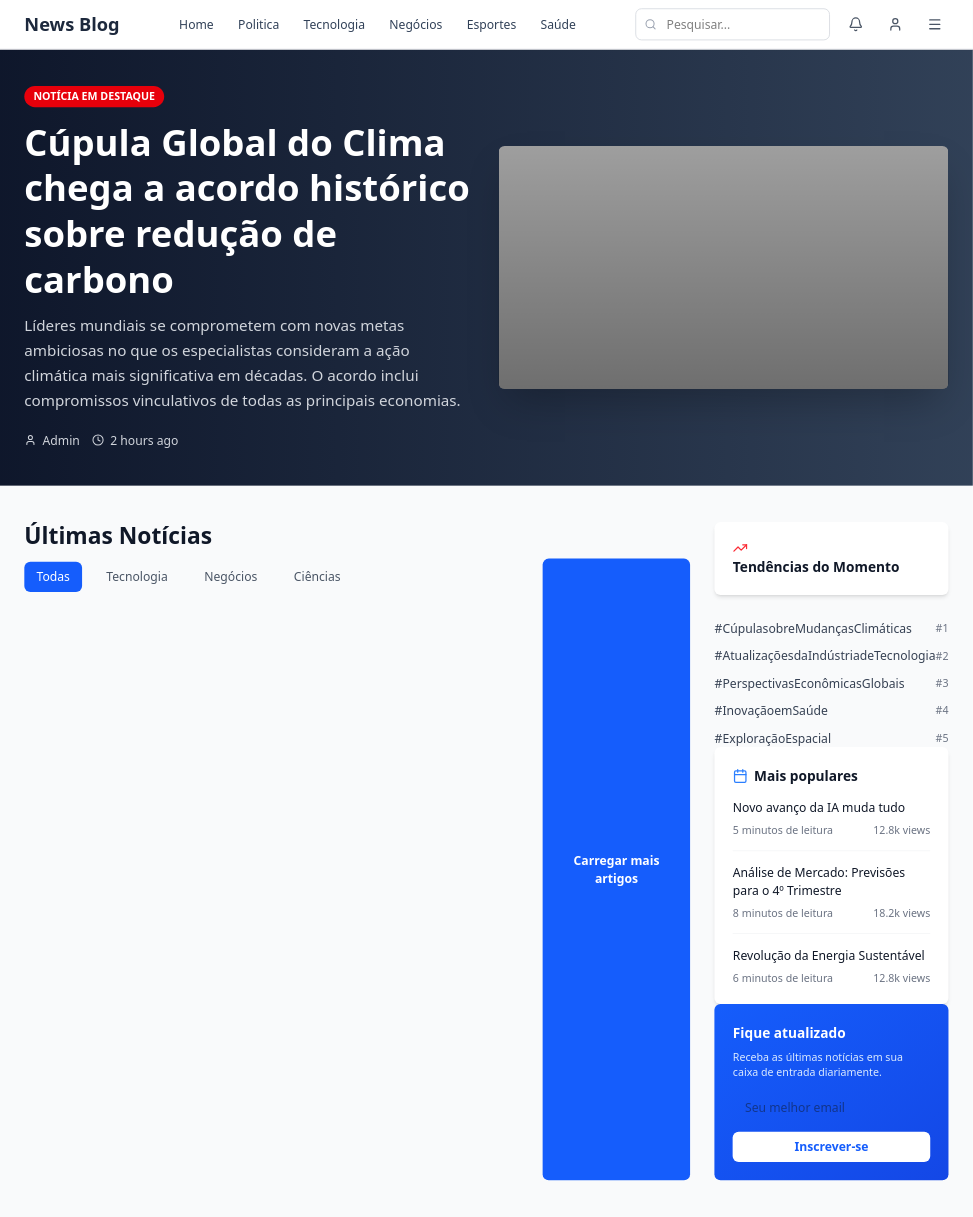
Repository: estevam02009/news-blog
Page: /
An editor plug-in stored every save of this project. The page is shown before and after the next save, followed by the edit.
The browser window is 1280 px wide. The pictures show the whole page, at 76% of full size.
Pictures or frames that could not be fetched are drawn as grey boxes. The project was rebuilt for these pictures with package versions that can differ from the ones it lists, and the page was loaded fresh each time. Also part of the build but not shown: vite.config.ts.

Above is the page before, as saved 2025-08-08 19:18:54.

After the next save:
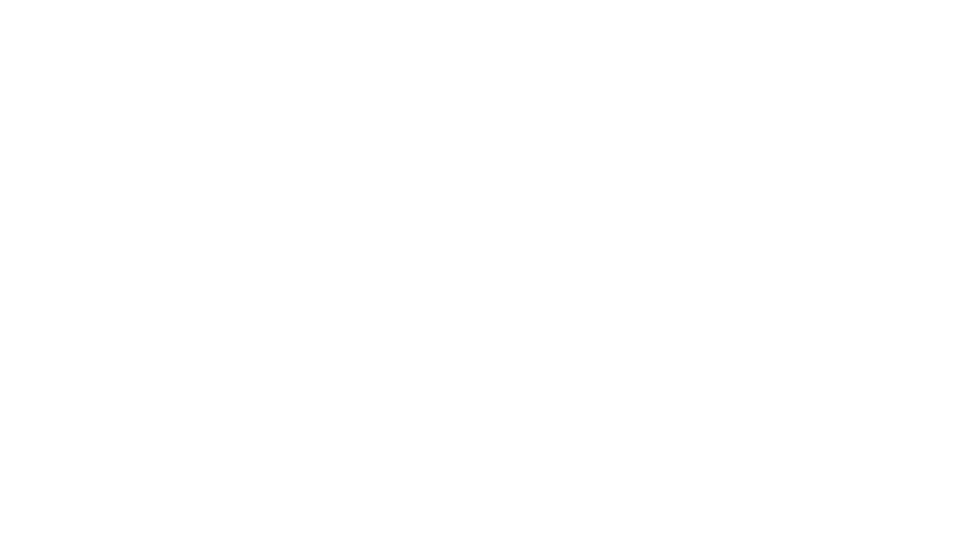
Console error: ReferenceError: articles is not defined
Saved 92 s later.
--- a/src/App.tsx
+++ b/src/App.tsx
@@ -13,25 +13,33 @@
       <main className="max-w-7xl mx-auto px-4 sm:px-6 lg:px-8 py-12">
         <div className="flex flex-col lg:flex-row gap-8">
           <div className="flex-1">
-            <h2 className="text-3xl font-bold text-gray-900 mb-4">Últimas Notícias</h2>
-            <div className="flex space-x-4">
-              <button className="px-4 py-2 bg-blue-600 text-white rounded-lg hover:bg-blue-700 transition-colors">Todas</button>
-              <button className="px-4 py-2 px-4 py-2 text-gray-600 hover:text-blue-600 transition-colors">Tecnologia</button>
-              <button className="px-4 py-2 px-4 py-2 text-gray-600 hover:text-blue-600 transition-colors">Negócios</button>
-              <button className="px-4 py-2 px-4 py-2 text-gray-600 hover:text-blue-600 transition-colors">Ciências</button>
+            <div className="flex items-center justify-between mb-8">
+              <h2 className="text-3xl font-bold text-gray-900">Latest News</h2>
+              <div className="flex space-x-4">
+                <button className="px-4 py-2 bg-blue-600 text-white rounded-lg hover:bg-blue-700 transition-colors">
+                  All
+                </button>
+                <button className="px-4 py-2 text-gray-600 hover:text-blue-600 transition-colors">
+                  Technology
+                </button>
+                <button className="px-4 py-2 text-gray-600 hover:text-blue-600 transition-colors">
+                  Business
+                </button>
+                <button className="px-4 py-2 text-gray-600 hover:text-blue-600 transition-colors">
+                  Science
+                </button>
+              </div>
             </div>
-          </div>
 
-          <div className="grid grid-cols-1 md:grid-cols-2 gap-6">
             <div className="grid grid-cols-1 md:grid-cols-2 gap-6">
-              {/* {articles.map((article) => (
+              {articles.map((article) => (
                 <ArticleCard key={article.id} article={article} />
-              ))} */}
+              ))}
             </div>
 
             <div className="flex justify-center mt-12">
               <button className="bg-blue-600 text-white px-8 py-3 rounded-lg font-semibold hover:bg-blue-700 transition-colors">
-                Carregar mais artigos
+                Load More Articles
               </button>
             </div>
           </div>

After the save that followed:
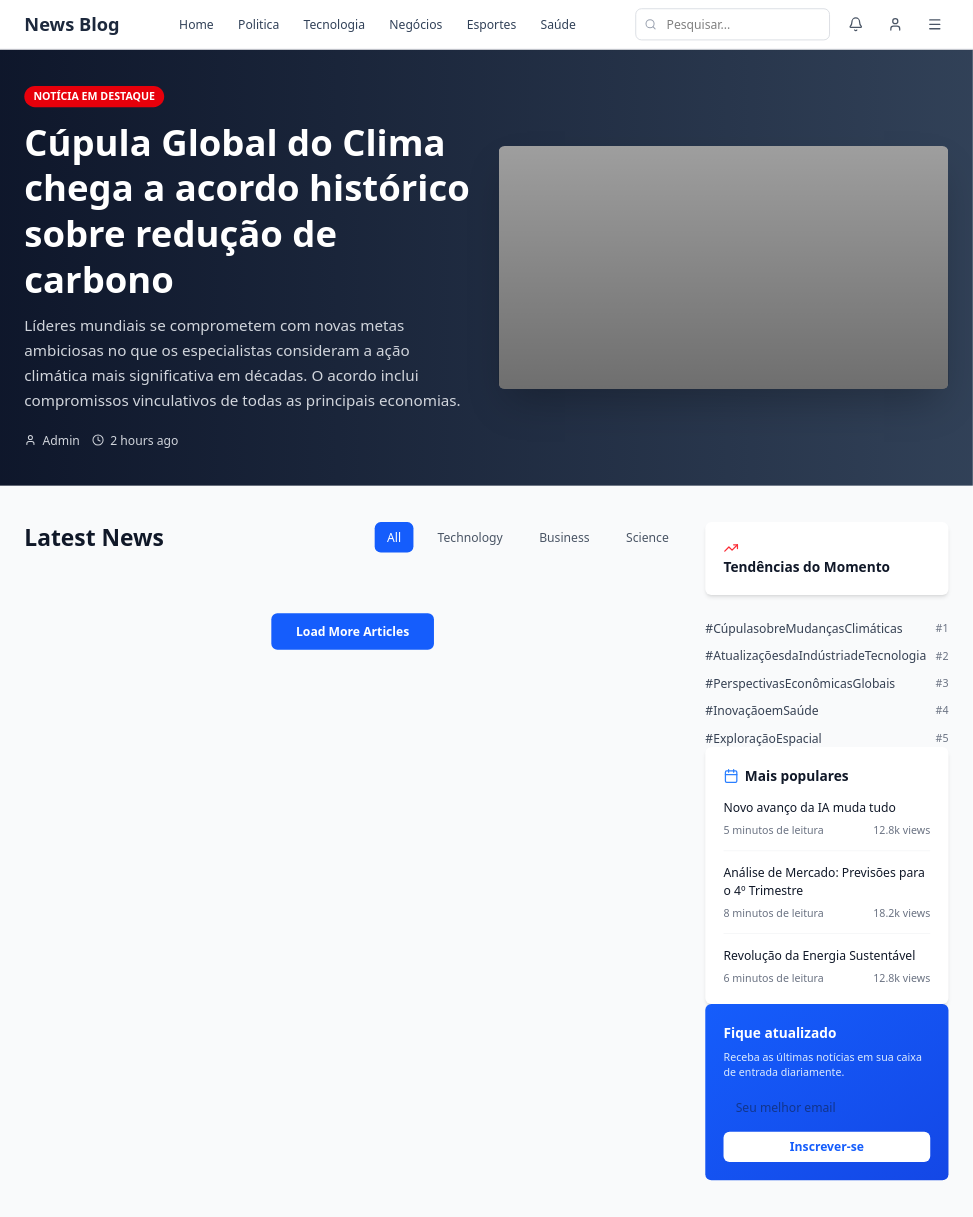
The error is gone.
Saved 15 s later.
--- a/src/App.tsx
+++ b/src/App.tsx
@@ -32,9 +32,9 @@
             </div>
 
             <div className="grid grid-cols-1 md:grid-cols-2 gap-6">
-              {articles.map((article) => (
+              {/* {articles.map((article) => (
                 <ArticleCard key={article.id} article={article} />
-              ))}
+              ))} */}
             </div>
 
             <div className="flex justify-center mt-12">
